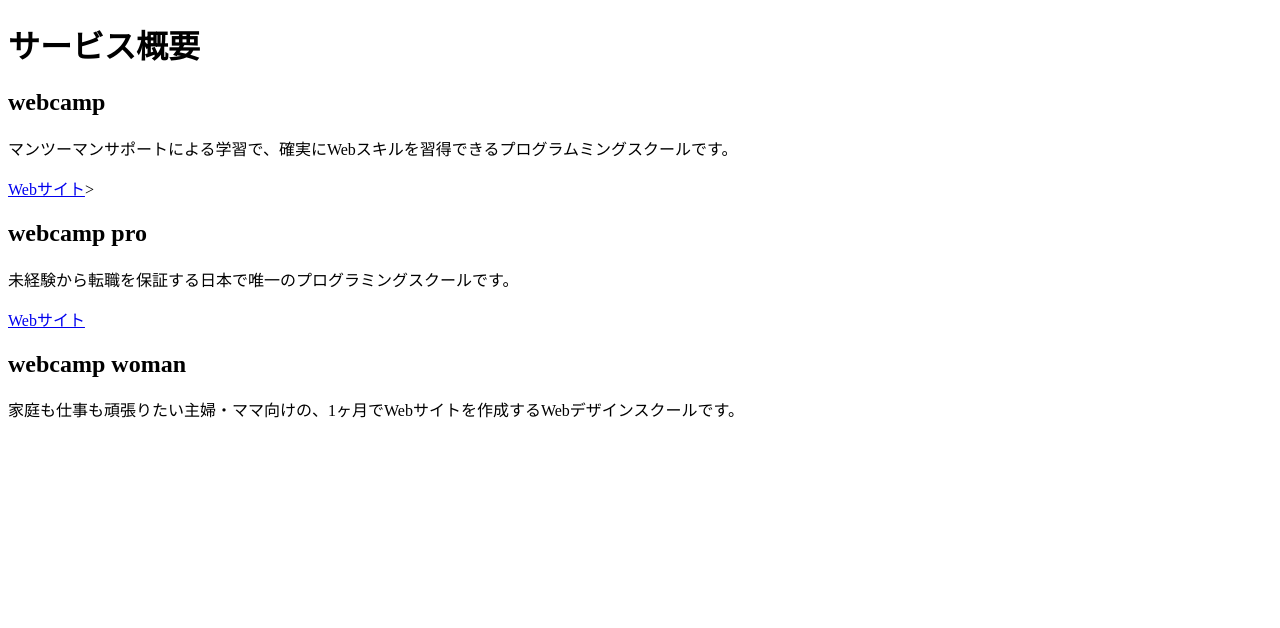
Repository: houten325/git-practis
Page: sample.html
The author's editor kept a record of every edit. The page is drawn from the files as they stood at one moment, then again after the next edit.
The browser window is 1280 px wide. The pictures show the whole page.

Above is the page before.

### sample.html
<!DOCTYPE HTML>
<html lang="ja">
  <head>
    <meta charset="UTF-8" />
    <title></title>
  </head>

  <body>
   <h1>サービス概要</h1>
   <h2>webcamp</h2>
   <p>マンツーマンサポートによる学習で、確実にWebスキルを習得できるプログラムミングスクールです。</p>
   <a href="http://web-camp.io/">Webサイト</a>>
   <h2>webcamp pro </h2>
   <p>未経験から転職を保証する日本で唯一のプログラミングスクールです。</p>
   <a href="http://web-camp.io/pro/">Webサイト</a>
   <h2>webcamp woman</h2>
   <p>家庭も仕事も頑張りたい主婦・ママ向けの、1ヶ月でWebサイトを作成するWebデザインスクールです。</p>
   <a href="http://"></a>
  </body>
</html>

After the next edit:
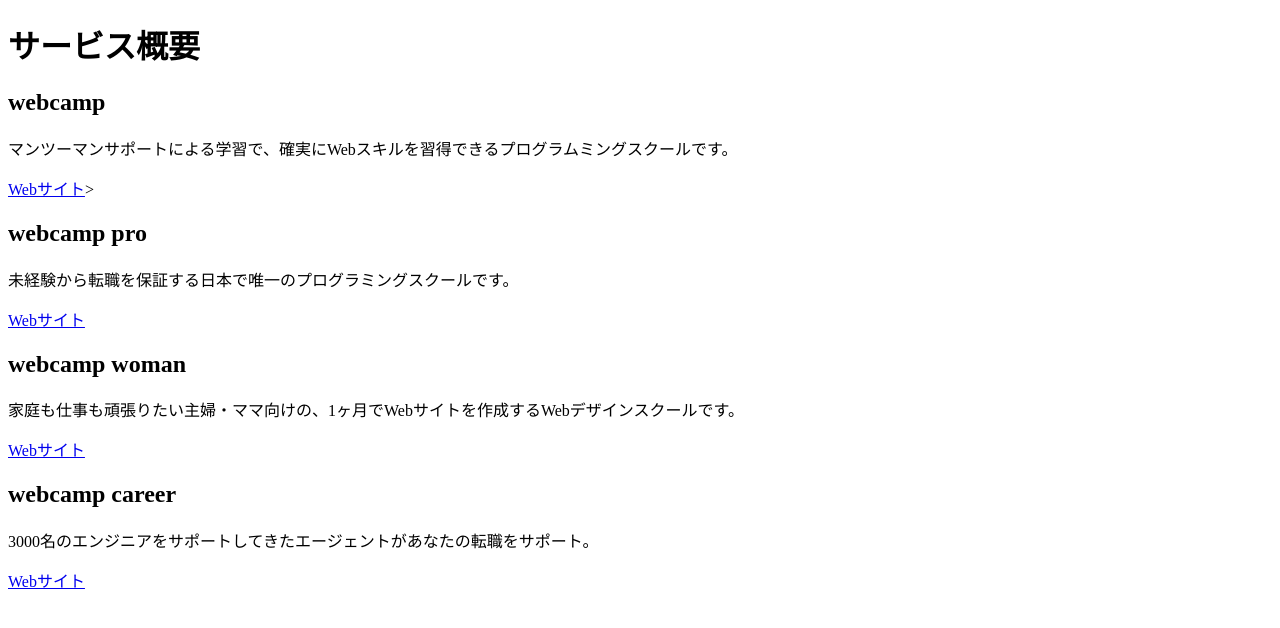
The edit:
--- a/sample.html
+++ b/sample.html
@@ -15,6 +15,9 @@
    <a href="http://web-camp.io/pro/">Webサイト</a>
    <h2>webcamp woman</h2>
    <p>家庭も仕事も頑張りたい主婦・ママ向けの、1ヶ月でWebサイトを作成するWebデザインスクールです。</p>
-   <a href="http://"></a>
+   <a href="http://web-camp.io/woman/">Webサイト</a>
+   <h2>webcamp career</h2>
+   <p>3000名のエンジニアをサポートしてきたエージェントがあなたの転職をサポート。</p>
+   <a href="http://web-camp.io/career/">Webサイト</a>
   </body>
 </html>
